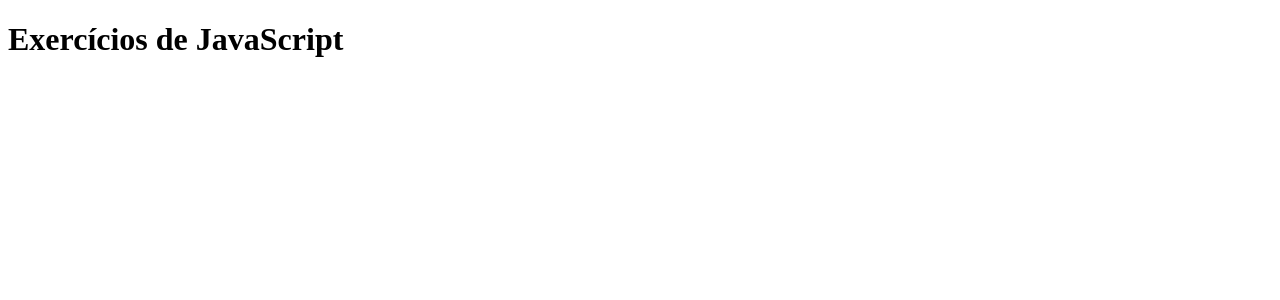
Repository: Anajaraa/atividadeJS
Page: index.html
The author's editor kept a copy of each file at every save. The page is drawn from the files as they stood at one save, then again after the next save.
The browser window is 1280 px wide. The pictures show the whole page.

Above is the page before, as saved 2025-08-05 09:09:05.

After the next save:
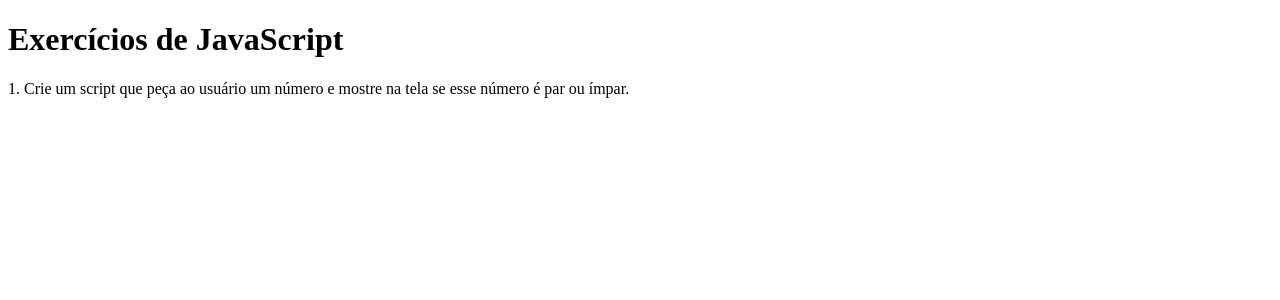
Saved 8 s later.
--- a/index.html
+++ b/index.html
@@ -7,6 +7,6 @@
 </head>
 <body>
     <h1>Exercícios de JavaScript</h1>
-
+    <p>1. Crie um script que peça ao usuário um número e mostre na tela se esse número é par ou ímpar.</p>
 </body>
 </html>
